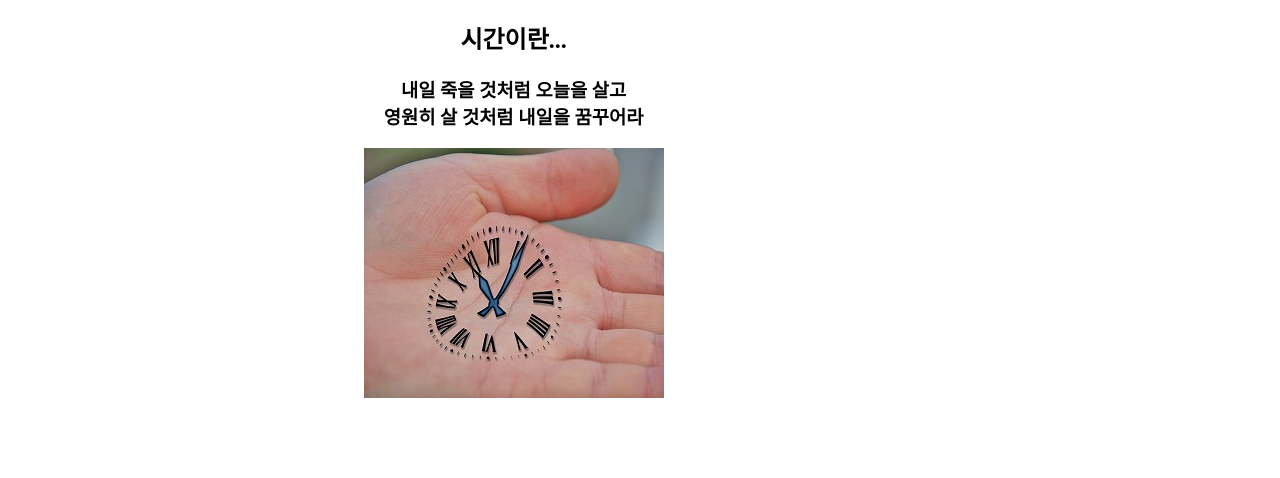
Repository: dbstjrals130/jspworks
Page: http://localhost/jwbook/time.jsp
The author's editor kept a copy of each file at every save. The page is drawn from the files as they stood at one save, then again after the next save.
The browser window is 1280 px wide. The pictures show the whole page.
The page is served by Tomcat 9.

Above is the page before, as saved 2023-11-20 03:14:41.

After the next save:
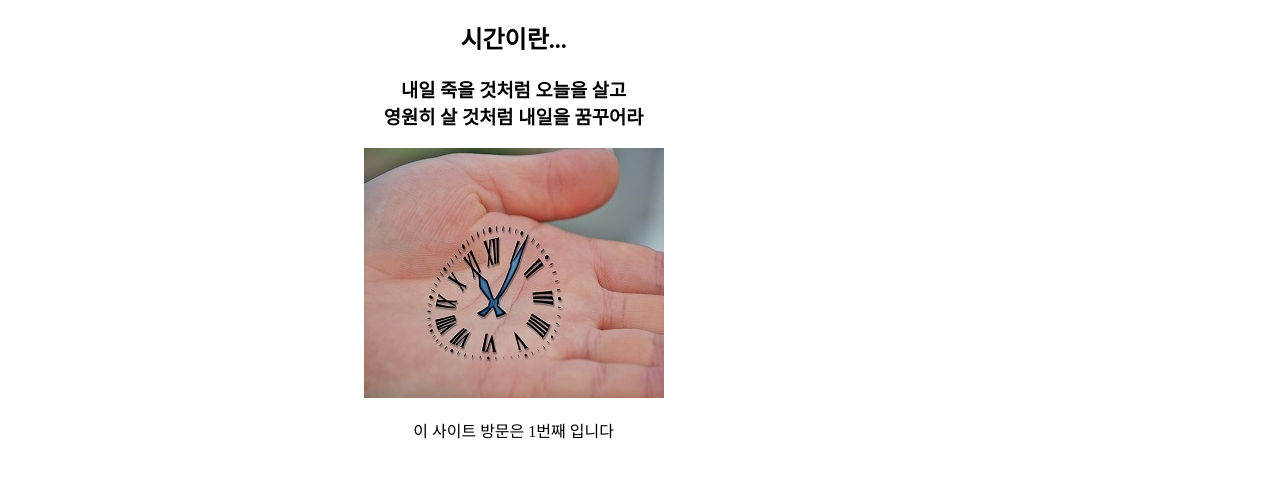
Saved 109 s later.
--- a/jwbook/src/main/webapp/time.jsp
+++ b/jwbook/src/main/webapp/time.jsp
@@ -12,6 +12,9 @@
 <script src="resources/js/time.js"></script>
 </head>
 <body>
+	<%
+		int count = 0;
+	%>
 	<div id="wrap">
 		<h2>시간이란...</h2>
 		<h3>내일 죽을 것처럼 오늘을 살고<br>
@@ -20,6 +23,7 @@
 			<img src="resources/images/time.jpg" alt="시계">
 		</div>
 		<p id="display"></p>
+		<p>이 사이트 방문은 <%= ++count %>번째 입니다</p>
 	</div>
 </body>
 </html>
